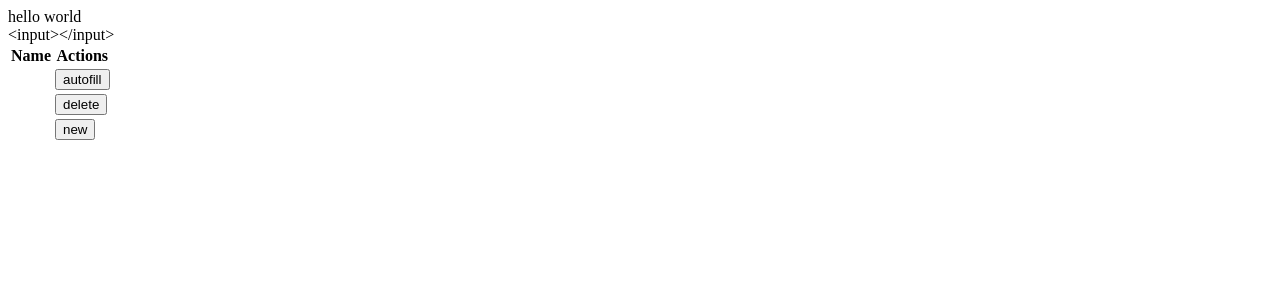
Repository: MomchilAngelov/my-ip-2015-2016
Page: Projects_Java/Test/WebContent/index.html
An editor plug-in stored every save of this project. The page is shown before and after the next save, followed by the edit.
The browser window is 1280 px wide. The pictures show the whole page.
After loading, the first visible `#add` was clicked once.

Above is the page before, as saved 2015-12-11 15:55:41.

After the next save:
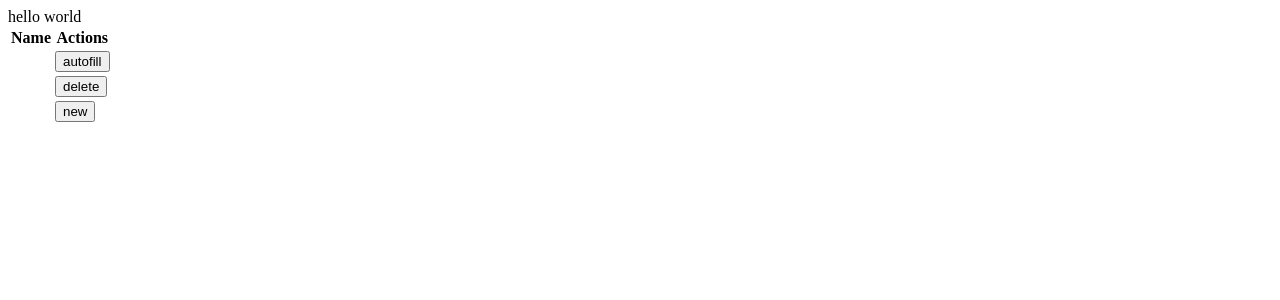
Console error: TypeError: "#mountainNameInput".val is not a function
Saved 2 min 26 s later.
--- a/Projects_Java/Test/WebContent/js/main.js
+++ b/Projects_Java/Test/WebContent/js/main.js
@@ -10,7 +10,11 @@ $(document).ready(function(){
 
 	$("#add").on("click", function(){
 		var add = $("span").parent("span");
-		add.text("<input></input>");
+		add.append();
+		var newMountainElement = $("<li />");
+		var newMountainName = ("#mountainNameInput").val("");
+
+		$("#mountains").append(newMountainElement);
 
 	});
 });
